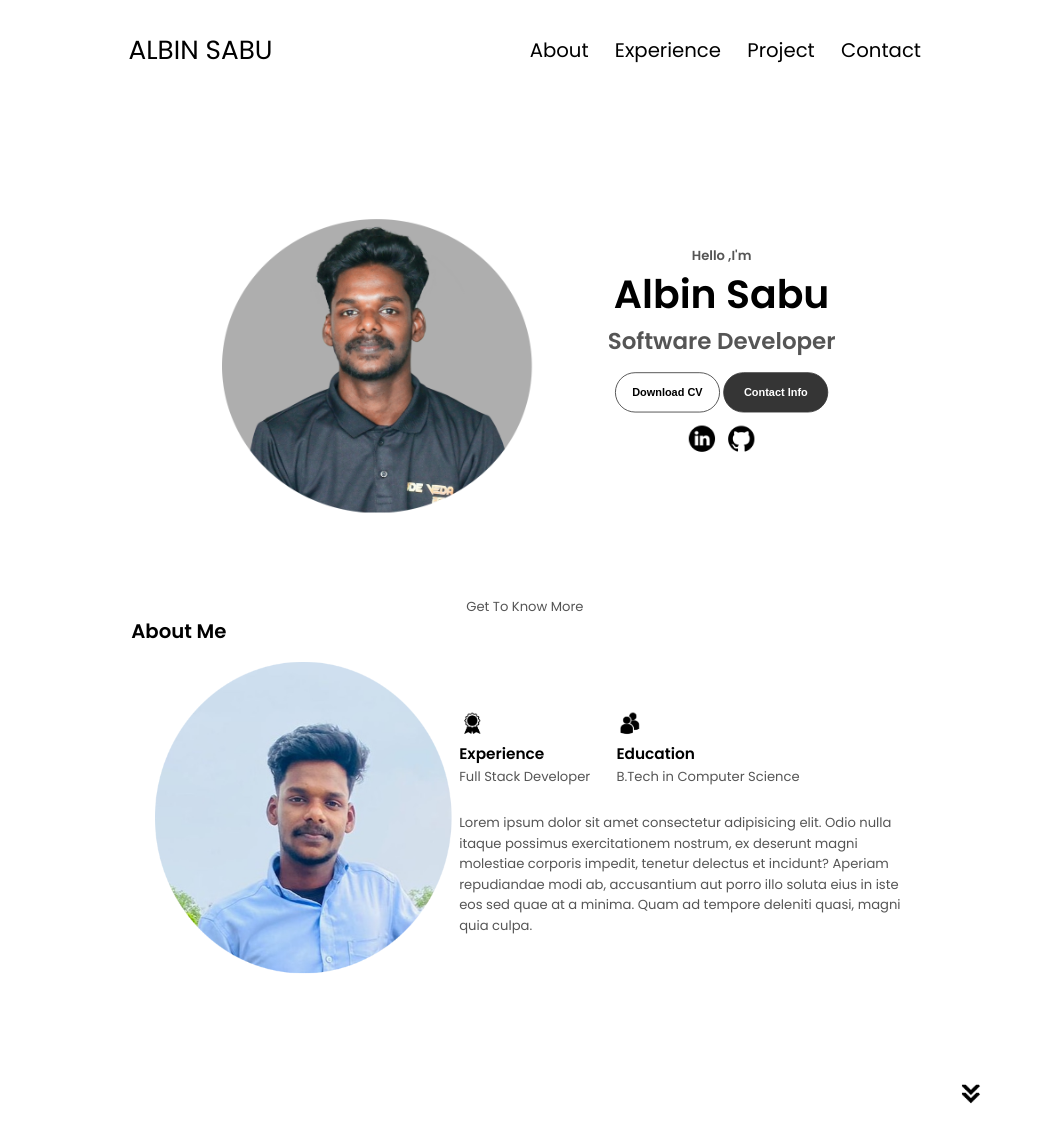
Repository: albinsabu2023/albinsabu
Page: index.html
An editor plug-in stored every save of this project. The page is shown before and after the next save, followed by the edit.
The browser window is 1280 px wide. The pictures show the whole page, at 82% of full size.

Above is the page before, as saved 2023-08-30 12:16:44.

### index.html
<!DOCTYPE html>
<html lang="en">
<link>
    <meta charset="UTF-8">
    <meta name="viewport" content="width=device-width, initial-scale=1.0">
    <title>Albin Sabu</title>
    <link rel="stylesheet" href="style.css"/>
    <link rel="stylesheet" href="mediaqueries.css">
</head>
<body>
    <nav id="desktop-nav">
        <div class="logo">
            ALBIN SABU
        </div>
        <div>
            <ul class="nav-links">
                <li><a href="#about">About</a></li>
                <li><a href="#experience">Experience</a></li>
                <li><a href="#project">Project</a></li>
                <li><a href="#contact">Contact</a></li>
            </ul>
        </div>
    </nav>
    <nav id="hamburger-nav">
        <div clas="logo"> ALBIN SABU</div>
        <div class="hamburger-menu">
            <div class="hamburger-icon" onclick="toggleMenu()">
                <span></span>
                <span></span>
                <span></span>
            </div>
            <div class="menu-links">
                <li><a href="#about" onclick="toggleMenu()">About</a></li>
                <li><a href="#about" onclick="toggleMenu()">Experience</a></li>
                <li><a href="#about" onclick="toggleMenu()">Project</a></li>
                <li><a href="#about" onclick="toggleMenu()">Contact</a></li>
            </div>
        </div>
    </nav>
    <section id="profile">
        <div class="section__pic-container">
            <img src="./assets/Albin Sabu2.png" alt="profile-pic">
        </div>
        <div class="section__text">
            <p class="section__text__p1">Hello ,I'm</p>
            <h1 class="title">Albin Sabu</h1>
            <p class="section__text__p2">Software Developer</p>
            <div class="btn_container">
                <button class="btn btn-color-2" onclick="window.open('./assets/Albin sabu.pdf')">Download CV</button>
                <button class="btn btn-color-1" onclick="location.href='#contact'">Contact Info</button>
            </div>
            <div id="social-container">
                <img src="./assets/linkedin.png" alt="My Linkedin Profile" class="icon" onclick="location.href='https://www.linkedin.com/in/albin-sabu-377798230'">
                <img src="./assets/github.png" alt="My Github Profile" class="icon" onclick="location.href='https://github.com/albinsabu2023'">

            </div>
        </div>
    </section>
    <section id="about">
        <p class="section__text__p1">Get To Know More</p>
        <h1>About Me</h1>
        <div class="section-container">
            <div class="section__pic-container">
                <img src="./assets//about-pic.png" alt="profilepicture" class="about-pic">
            </div>
            <div class="about-details-container">
                <div class="about-container">
                    <div class="details-container">
                        <img src="./assets/experience.png" alt="experience icon" class="icon">
                        <h3>Experience</h3>
                        <p>Full Stack Developer</p>
                    </div>
                    <div class="details-container">
                        <img src="./assets/education.png" alt="experience icon" class="icon">
                        <h3>Education</h3>
                        <p>B.Tech in Computer Science</p>
                    </div>
                </div>
                <div class="text-container">
                    <p>Lorem ipsum dolor sit amet consectetur adipisicing elit. Odio
                        nulla itaque possimus exercitationem nostrum, ex
                        deserunt magni molestiae corporis impedit, tenetur
                        delectus et incidunt? Aperiam repudiandae modi ab,
                         accusantium aut porro illo soluta eius in iste eos
                          sed quae at a minima. Quam ad tempore deleniti
                          quasi, magni quia culpa.
                    </p>
                </div>
            </div>
        </div>
        <!-- onclick="locaiton.href='./#experience'" -->
       <img src="./assets/arrow.png" alt="arrow" class="icon arrow" >
    </section>
    <script src="script.js"></script>
</body>
</html>

### style.css
@import url('https://fonts.googleapis.com/css2?family=Poppins:ital,wght@0,300;0,400;0,500;0,600;1,200;1,300;1,500;1,600&display=swap');

* {
    margin: 0;
    padding: 0;
}

body {
    font-family: 'Poppins', sans-serif;
}

html {
    scroll-behavior: smooth;
}

p {
    color: rgb(85, 85, 85);
}

a,
.btn {
    transition: all 300ms ease
}

/* Desktop navigation */
nav,
.nav-links {
    display: flex;

}

nav {
    justify-content: space-around;
    align-items: center;
    height: 17vh;

}

.nav-links {
    gap: 2rem;
    list-style: none;
    font-size: 1.5rem;
}
a{
    color:black;
    text-decoration: none;
    text-decoration-color: white;
}

a:hover{
    color:gray;
    text-decoration:underline;
    text-underline-offset:1rem ;
    text-decoration-color:rgb(181,181,181);
}

.logo{
    font-size:2rem;
}

#hamburger-nav{
    display:none;
}
.hamburger-menu{
    position: relative;
    display:inline-block;
}
.hamburger-icon{
    display: flex;
    flex-direction: column;
    justify-content: space-between;
    height: 24px;
    width: 30px;
    cursor: pointer;
}

.hamburger-icon span{
    width:100%;
    height: 2px;
    background-color: black;
    transition: all 0.3 ease-in-out;
}

.menu-links{
    position:absolute;
    top:100%;
    right:0%;

    width: fit-content;
    max-height: 0;
    overflow: hidden;
    transition: all 0.3 ease-in-out;
}

.menu-links{
    display: block;
    padding: 10px;
    text-align: center;
    font-size: 1.5rem;
    color: black;
    text-decoration: none;
    transform: all 0.3 ease-in-out;
}

.menu-links li{
    list-style: none;

}

.menu-links.open{
    max-height: 300px;
}

.hamburger-icon.open span:first-child{
    transform:rotate(45deg) translate(10px,5px);
}
.hamburger-icon.open span:nth-child(2){
   opacity:0;
}
.hamburger-icon.open span:last-child{
    transform:rotate(-45deg) translate(10px,-5px);
}

.hamburger-icon span:first-child{
    transform: none;
}
.hamburger-icon span:first-child{
    opacity:1;
}
.hamburger-icon span:first-child{
    transform: none;
}

section{
    padding-top:4vh ;
    height: 96vh;
    margin: 0 10rem;
    box-sizing: border-box;
    min-height: fit-content;
}

.section-container{
    display: flex;
}

#profile{
    display: flex;
    justify-content: center;
    gap: 5rem;
    height:  80vh;
}

.section__pic-container{
    display: flex;
    height: 400px;
    width: 400px;
    margin: auto 0;
}

.section__text{

    align-self:center;
    text-align: center;
}

.section__text p{
    font-weight: 600;
}
.section__text__p1{
    text-align: center;

}
.section__text__p2 {

    font-size: 1.75rem;
    margin-bottom: 1rem;
}

.title{
    font-size:3rem;
    text-align: center;
}
#social-container{
    display: flex;
    justify-content: center;
    margin-top: 1rem;
    gap: 1rem;
}

/* icon */
.icon{
    cursor: pointer;
    height: 2rem;
}

.btn-container{
    display: flex;
    justify-content:center;
    gap: 1rem;
}
.btn{
    font-weight: 600;
    transition: all 300ms ease;
    padding: 1rem;
    width: 8rem;
    border-radius: 2rem;

}

.btn-color-1,.btn-color-2{
    border:rgb(53,53,53) 0.1rem solid;
}
.btn-color-1:hover,
.btn-color-2:hover {
   cursor:pointer
}
.btn-color-1,
.btn-color-2:hover {
   background: rgb(53,53,53);
   color: white;
}

.btn-color-1:hover{
    background-color: rgb(0,0,0);

}
.btn-color-2{
    background:none
    ;
}
.btn-color-2:hover{
    border:rgb(255,255,255) 0.1rem solid;
}

/* About section */

#about{
    position: relative;
}
.about-container{
    gap:2rem;
    margin-bottom:2rem ;
    margin-top: 2rem;
}
.about-details-container{
    justify-content: center;
    flex-direction: column;
}

.about-container,.about-details-container{
    display: flex;
}

.about-pic{
    border-radius: 2rem;

}
.arrow{
    position:absolute;
    right:-5rem;
    bottom:2.5rem;
}

### mediaqueries.css
@media screen and (max-width:1200px){
    #desktop-nav{
        display: none;
    }
    #hamburger-nav{
        display: flex;
    }
}

Loaded but not shown: script.js (common file)

After the next save:
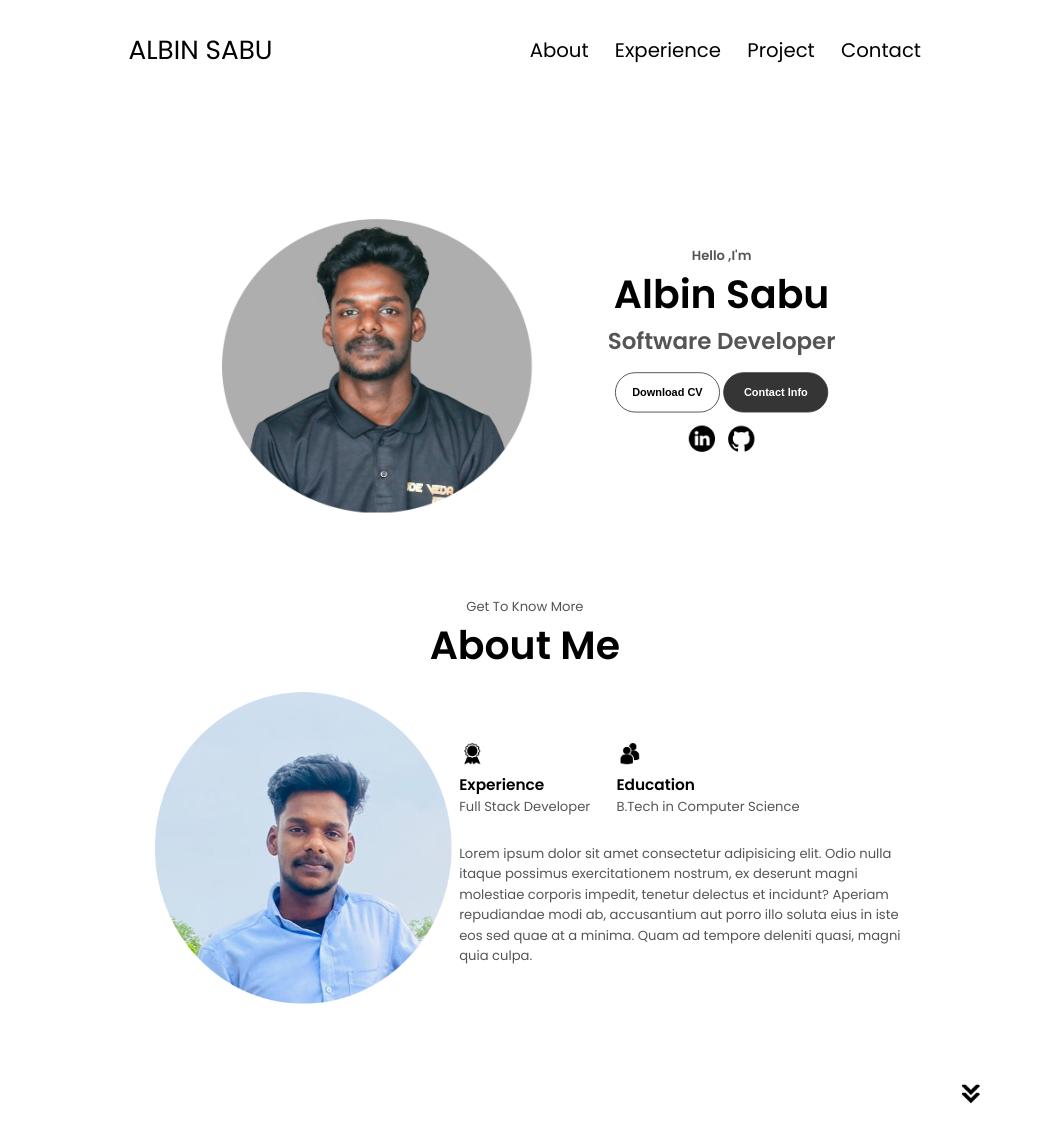
Saved 53 s later.
--- a/index.html
+++ b/index.html
@@ -58,7 +58,7 @@
     </section>
     <section id="about">
         <p class="section__text__p1">Get To Know More</p>
-        <h1>About Me</h1>
+        <h1 class="title">About Me</h1>
         <div class="section-container">
             <div class="section__pic-container">
                 <img src="./assets//about-pic.png" alt="profilepicture" class="about-pic">
